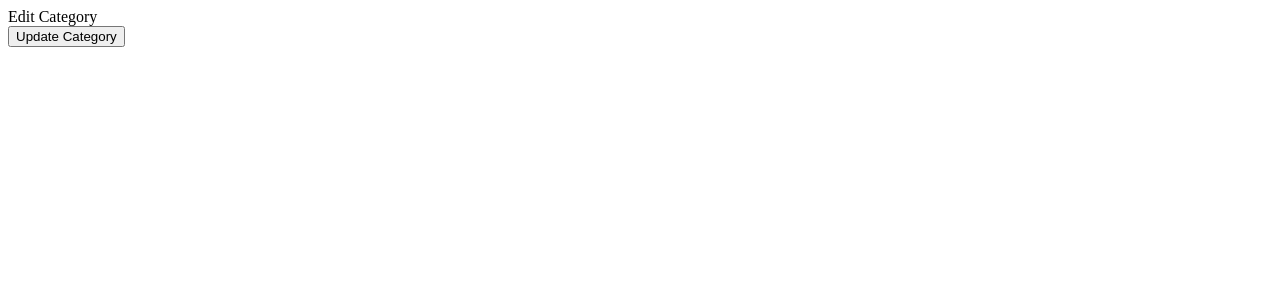
Repository: AimeeGao/CMS
Page: http://localhost/admin/includes/update_categories.php
These files come from the project's save history. The page is drawn as it stood at one moment and after the next save; the edit follows.
The browser window is 1280 px wide. The pictures show the whole page.
The page is run by PHP 8.4 with error messages shown; the project is at /var/www/html/.

Above is the page before, as saved 2017-07-25 11:52:46.

After the next save:
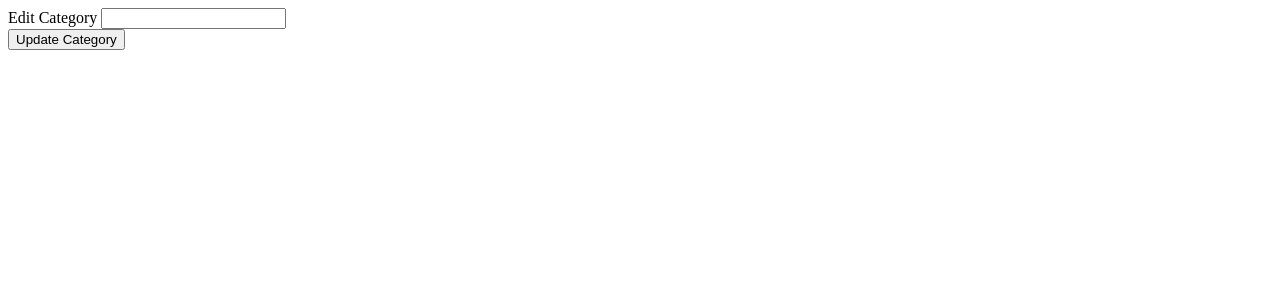
Saved 82 s later.
--- a/cms/admin/includes/update_categories.php
+++ b/cms/admin/includes/update_categories.php
@@ -32,6 +32,7 @@ if(isset($_GET['edit'])){
 
 
                         	?>
+                        	<input value="<?php if(isset($cat_title)){echo $cat_title ;}?>" type="text" class="form-control" name="cat_title">
 
                         	</div>
                         	<div class="form-group">
